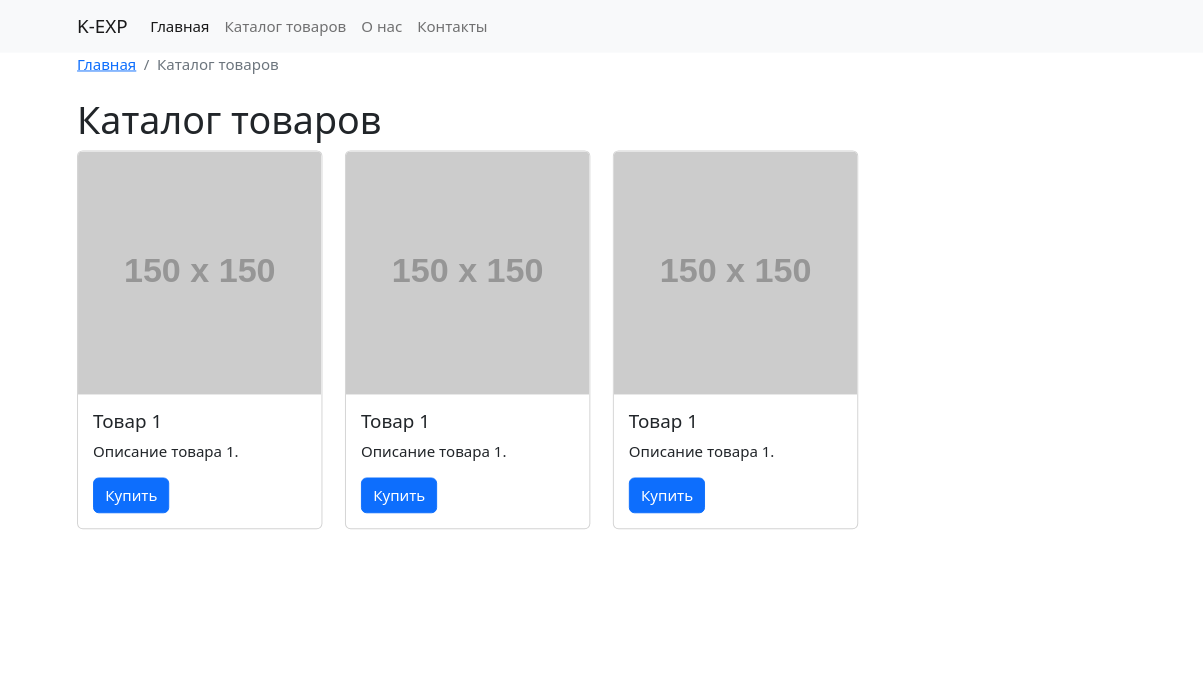
Repository: smartsoltech/kexp-shop
Page: main/catalog/templates/catalog/base.html
The author's editor kept a copy of each file at every save. The page is drawn from the files as they stood at one save, then again after the next save.
The browser window is 1280 px wide. The pictures show the whole page, at 94% of full size.
The template is drawn by Django 4.2. The application's start-up code is not run. The template is opened directly, without the code that normally fills it, so the values that code supplies are empty.

Above is the page before, as saved 2023-03-14 14:08:43.

After the next save:
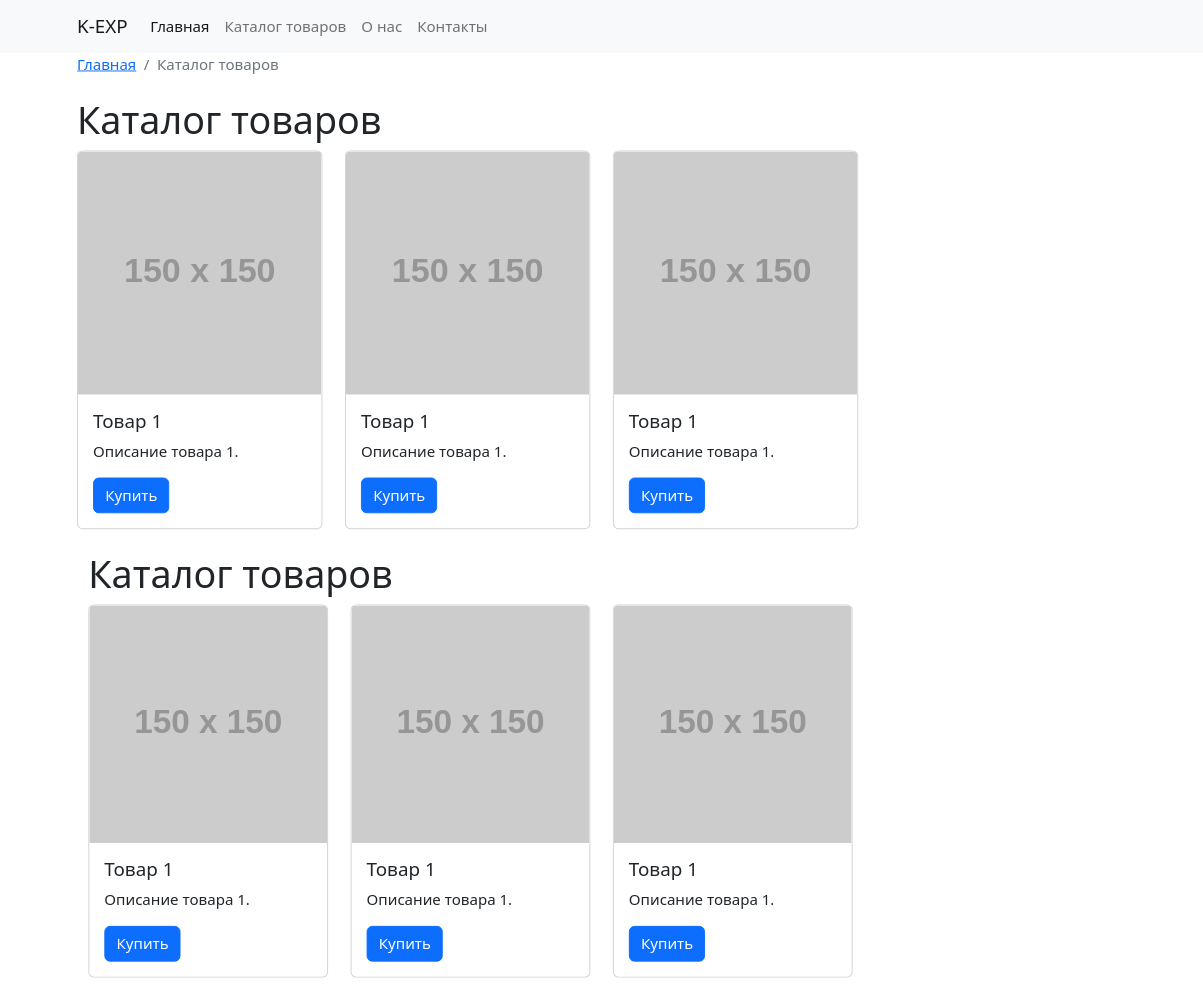
Saved 22 s later.
--- a/main/catalog/templates/catalog/base.html
+++ b/main/catalog/templates/catalog/base.html
@@ -79,3 +79,37 @@
     </div>
   </div>
   </div>
+  <div class="container my-4">
+    <h1>Каталог товаров</h1>
+    <div class="row">
+      <div class="col-md-3">
+        <div class="card">
+          <img src="https://via.placeholder.com/150" class="card-img-top" alt="...">
+          <div class="card-body">
+            <h5 class="card-title">Товар 1</h5>
+            <p class="card-text">Описание товара 1.</p>
+            <a href="#" class="btn btn-primary">Купить</a>
+          </div>
+      </div>
+    </div>
+      <div class="col-md-3">
+        <div class="card">
+          <img src="https://via.placeholder.com/150" class="card-img-top" alt="...">
+          <div class="card-body">
+            <h5 class="card-title">Товар 1</h5>
+            <p class="card-text">Описание товара 1.</p>
+            <a href="#" class="btn btn-primary">Купить</a>
+          </div>
+      </div>
+    </div>
+    <div class="col-md-3">
+      <div class="card">
+        <img src="https://via.placeholder.com/150" class="card-img-top" alt="...">
+        <div class="card-body">
+          <h5 class="card-title">Товар 1</h5>
+          <p class="card-text">Описание товара 1.</p>
+          <a href="#" class="btn btn-primary">Купить</a>
+        </div>
+    </div>
+  </div>
+  </div>
